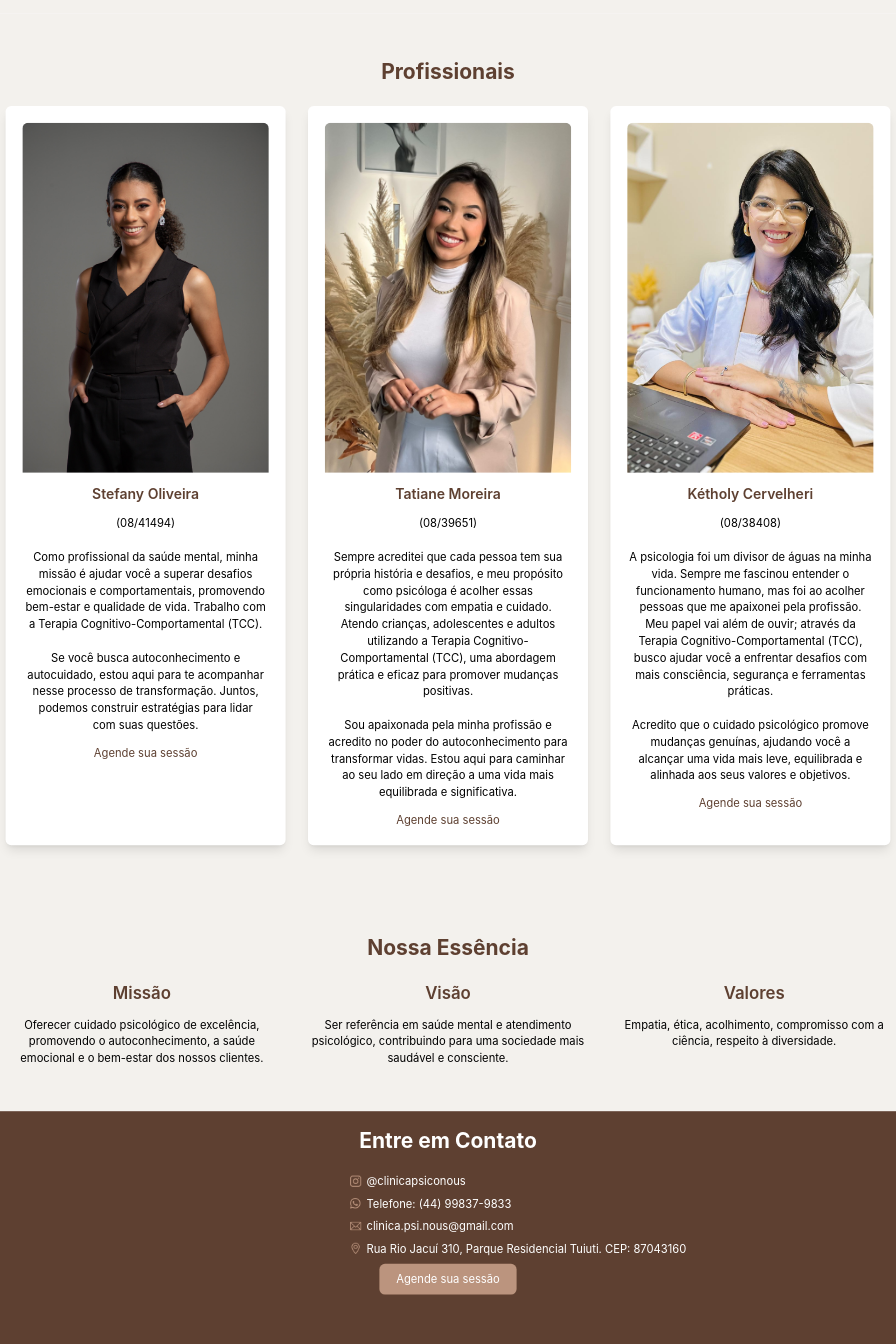
Repository: Mcervelheri/Nous
Page: /
An editor plug-in stored every save of this project. The page is shown before and after the next save, followed by the edit.
The browser window is 1280 px wide. The pictures show the part of the page from y = 1409 to 3329 px (the page is 3486 px tall), at 70% of full size.
Pictures or frames that could not be fetched are drawn as grey boxes. The project was rebuilt for these pictures with package versions that can differ from the ones it lists, and the page was loaded fresh each time. Also part of the build but not shown: vite.config.js.

Above is the page before, as saved 2025-03-05 14:47:49.

After the next save:
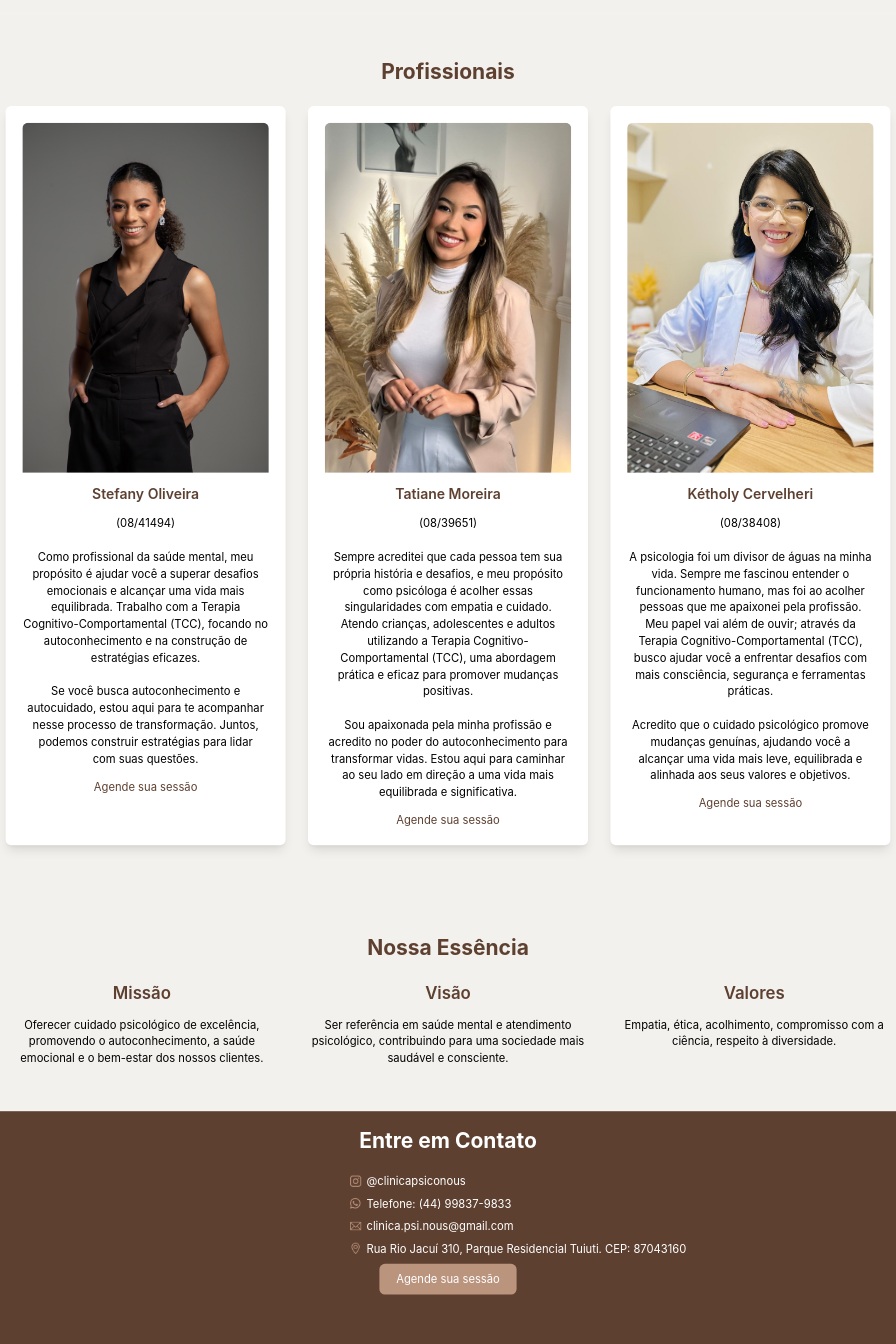
Saved 117 s later.
--- a/src/components/ProfessionalsData.jsx
+++ b/src/components/ProfessionalsData.jsx
@@ -8,7 +8,7 @@ const professionalsData = [
     name: "Stefany Oliveira",
     crp: "08/41494",
     text1:
-      "Como profissional da saúde mental, minha missão é ajudar você a superar desafios emocionais e comportamentais, promovendo bem-estar e qualidade de vida. Trabalho com a Terapia Cognitivo-Comportamental (TCC).",
+      "Como profissional da saúde mental, meu propósito é ajudar você a superar desafios emocionais e alcançar uma vida mais equilibrada. Trabalho com a Terapia Cognitivo-Comportamental (TCC), focando no autoconhecimento e na construção de estratégias eficazes.",
     text2:
       "Se você busca autoconhecimento e autocuidado, estou aqui para te acompanhar nesse processo de transformação. Juntos, podemos construir estratégias para lidar com suas questões.",
   },
